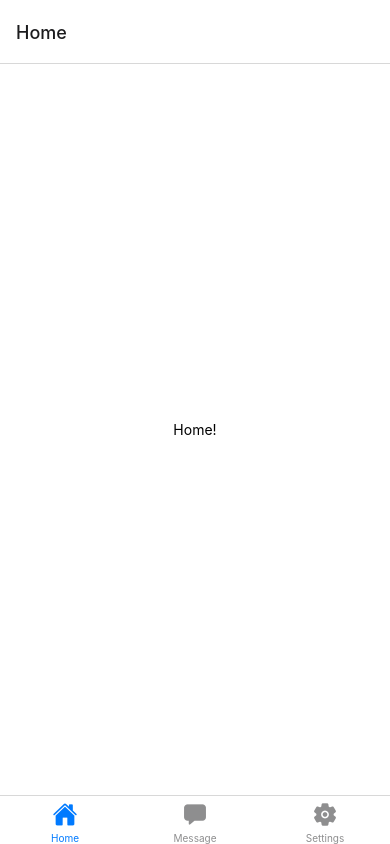
Repository: Waikato153/AwesomeProject
Screen: /
An editor plug-in stored every save of this project. The screen is shown before and after the next save, followed by the edit.
The app was drawn by React Native's web renderer in a window 390 px wide. The project was rebuilt for these pictures with package versions that can differ from the ones it lists, and the page was loaded fresh each time.

Above is the screen before, as saved 2024-02-28 15:52:16.

### App.js
import * as React from 'react';
import { Text, View, StyleSheet} from 'react-native';
import { NavigationContainer } from '@react-navigation/native';
import { createBottomTabNavigator } from '@react-navigation/bottom-tabs';
import { Ionicons } from '@expo/vector-icons';

function HomeScreen() {
  return (
    <View style={styles.container}>
      <Text>Home!</Text>
    </View>
  );
}

function SettingsScreen() {
  return (
    <View style={{ flex: 1, justifyContent: 'center', alignItems: 'center' }}>
      <Text>Settings!</Text>
    </View>
  );
}


const styles = StyleSheet.create({
  container: {
    flex: 1,
    justifyContent: 'center',
    backgroundColor: 'white',
    alignItems: 'center',
    padding: 8,
  },
  paragraph: {
    margin: 24,
    fontSize: 18,
    fontWeight: 'bold',
    textAlign: 'center',
  },
});

const Tab = createBottomTabNavigator();

function MyTabs() {
  return (

    <Tab.Navigator>
      <Tab.Screen
        name="Home"
        component={HomeScreen}
        options={{
          tabBarIcon: ({ color, size }) => (
            <Ionicons name="home" color={color} size={size} />
          ),
        }}
      />
      <Tab.Screen
        name="Message"
        component={SettingsScreen}
        options={{
          tabBarIcon: ({ color, size }) => (
            <Ionicons name="chatbox" color={color} size={size} />
          ),
        }}
      />
      <Tab.Screen
        name="Settings"
        component={SettingsScreen}
        options={{
          tabBarIcon: ({ color, size }) => (
            <Ionicons name="settings" color={color} size={size} />
          ),
        }}
      />
    </Tab.Navigator>



  );
}

export default function App() {
  return (
    <NavigationContainer>
      <MyTabs />
    </NavigationContainer>
  );
}

### screens/HomeScreen.js

import React from 'react';
import { View, Text, StyleSheet } from 'react-native';

const HomeScreen = () => {
  return (
    <View style={styles.container}>
      <View style={styles.block}>
        <Text style={styles.title}>Orders</Text>
        <Text style={styles.count}>10</Text> {/* Example number of orders */}
      </View>
      <View style={styles.block}>
        <Text style={styles.title}>Messages</Text>
        <Text style={styles.count}>5</Text> {/* Example number of messages */}
      </View>
    </View>
  );
};

const styles = StyleSheet.create({
  container: {
    flex: 1,
    flexDirection: 'row',
    justifyContent: 'space-around',
    alignItems: 'center',
    backgroundColor: '#ffffff',
    padding: 20,
  },
  block: {
    flex: 1,
    justifyContent: 'center',
    alignItems: 'center',
    backgroundColor: '#e0e0e0',
    borderRadius: 10,
    padding: 20,
    margin: 10,
  },
  title: {
    fontSize: 20,
    fontWeight: 'bold',
    marginBottom: 10,
  },
  count: {
    fontSize: 24,
    fontWeight: 'bold',
    color: '#333333',
  },
});



export default HomeScreen;

After the next save:
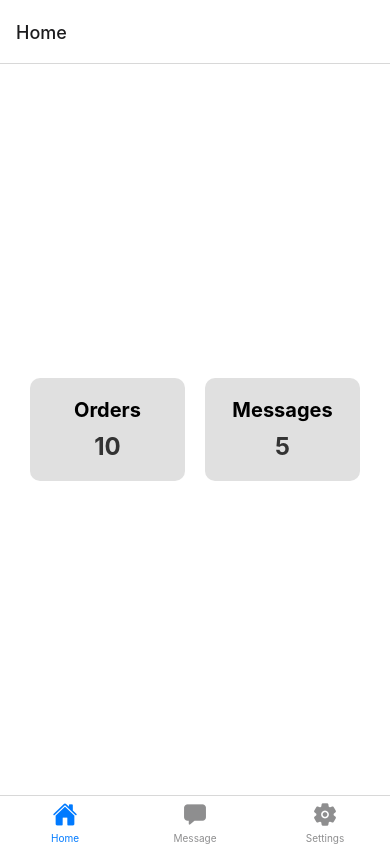
Saved 83 s later.
--- a/App.js
+++ b/App.js
@@ -4,13 +4,7 @@ import { NavigationContainer } from '@react-navigation/native';
 import { createBottomTabNavigator } from '@react-navigation/bottom-tabs';
 import { Ionicons } from '@expo/vector-icons';
 
-function HomeScreen() {
-  return (
-    <View style={styles.container}>
-      <Text>Home!</Text>
-    </View>
-  );
-}
+import HomeScreen from './screens/HomeScreen';
 
 function SettingsScreen() {
   return (
